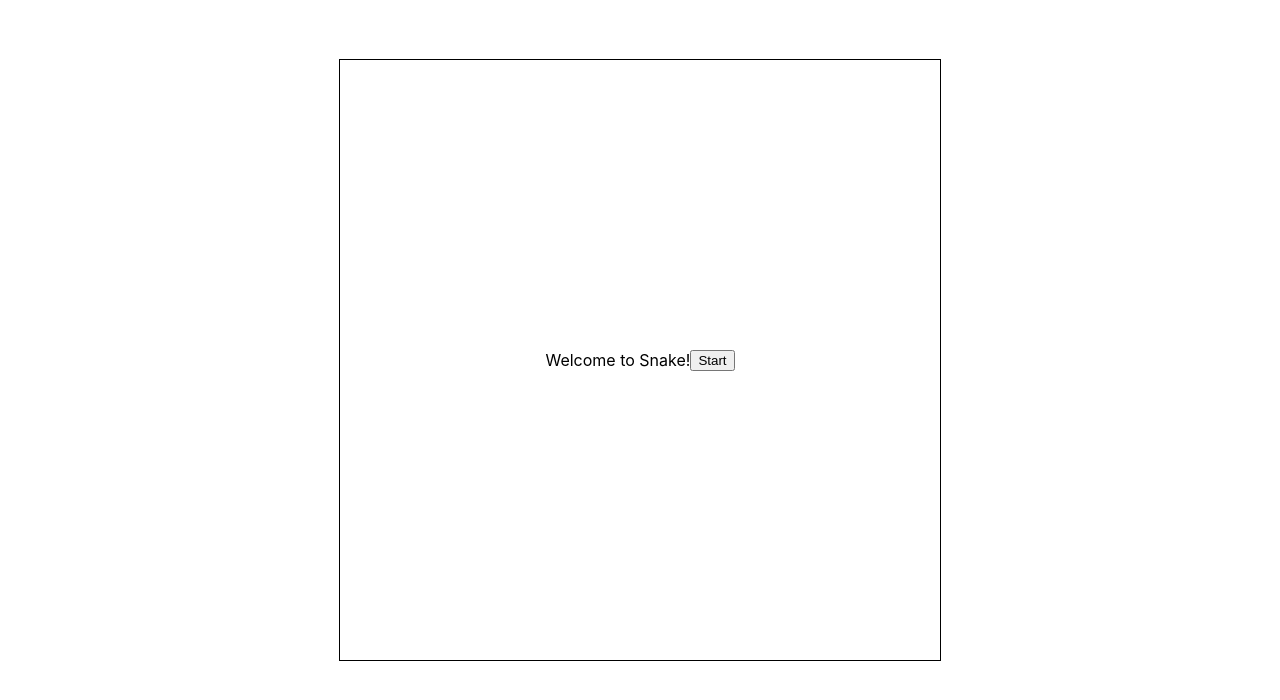
Repository: meills/react-snake
Page: /
The author's editor kept a copy of each file at every save. The page is drawn from the files as they stood at one save, then again after the next save.
The browser window is 1280 px wide. The pictures show the whole page.
The project was rebuilt for these pictures with package versions that can differ from the ones it lists, and the page was loaded fresh each time. Also part of the build but not shown: src/components/Snakeboard.js, src/styles/App.css.

Above is the page before, as saved 2020-06-15 13:28:53.

After the next save:
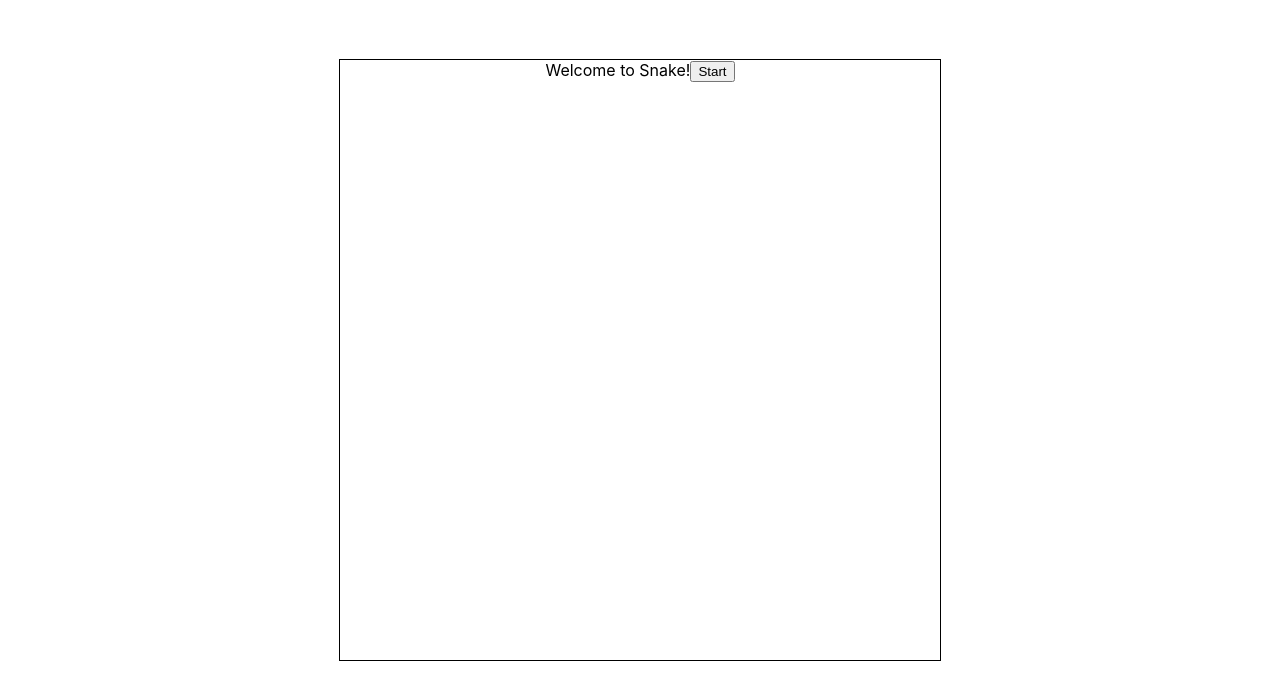
Saved 42 s later.
--- a/src/styles/snakeboard.css
+++ b/src/styles/snakeboard.css
@@ -11,12 +11,14 @@
     height: 600px;
     outline: 1px solid black;
     display: flex;
-    align-items: center;
+    align-items: stretch;
     justify-content: center;
+
 
 }
 
 .welcome-message {
+
 }
 
 .start-btn {
